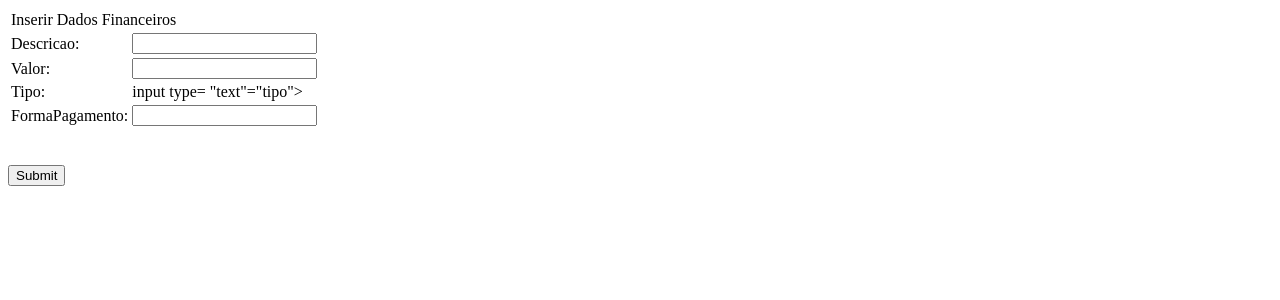
Repository: TadeuN1/PersonalProject-mySQL-eclipseIDE
Page: Movimentacoes/src/main/webapp/InfoMovimentacoes.html
An editor plug-in stored every save of this project. The page is shown before and after the next save, followed by the edit.
The browser window is 1280 px wide. The pictures show the whole page.

Above is the page before, as saved 2023-06-28 20:26:13.

### Movimentacoes/src/main/webapp/InfoMovimentacoes.html
<!DOCTYPE html>
<html>
<head>
<meta charset="ISO-8859-1">
<title>Especificacao de dados</title>
</head>
<body>


<form method="POST" action="InfoMovimentacoes">
	<table>
		<tr>
			<td colspan="2">Inserir Dados Financeiros</td>
		</tr>
		<tr>
			<td>Descricao:</td>
			<td><input type="text" name="descricao"></td>
		</tr>
		<tr>
			<td>Valor:</td>
			<td><input type="text" name="valor"></td>
		</tr>
		<tr>
			<td>Tipo:</td>
			<td>input type= "text"="tipo"></td>
		</tr>
		<tr>
		<td>FormaPagamento:</td>
		<td><input type="text" name="formapagamento"></td>
		</tr>
		</table>
		<br><br>
		<input type="Submit" name="Gravar">
		</form>
		</body>
		</html>

After the next save:
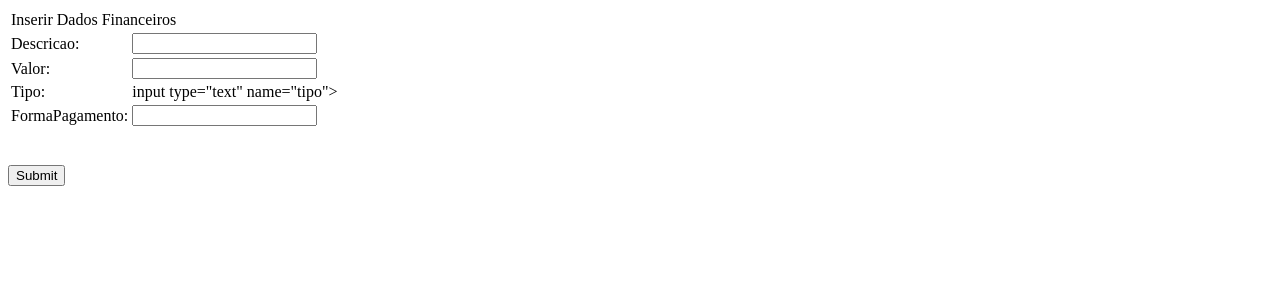
Saved 14 s later.
--- a/Movimentacoes/src/main/webapp/InfoMovimentacoes.html
+++ b/Movimentacoes/src/main/webapp/InfoMovimentacoes.html
@@ -22,7 +22,7 @@
 		</tr>
 		<tr>
 			<td>Tipo:</td>
-			<td>input type= "text"="tipo"></td>
+			<td>input type="text" name="tipo"></td>
 		</tr>
 		<tr>
 		<td>FormaPagamento:</td>
